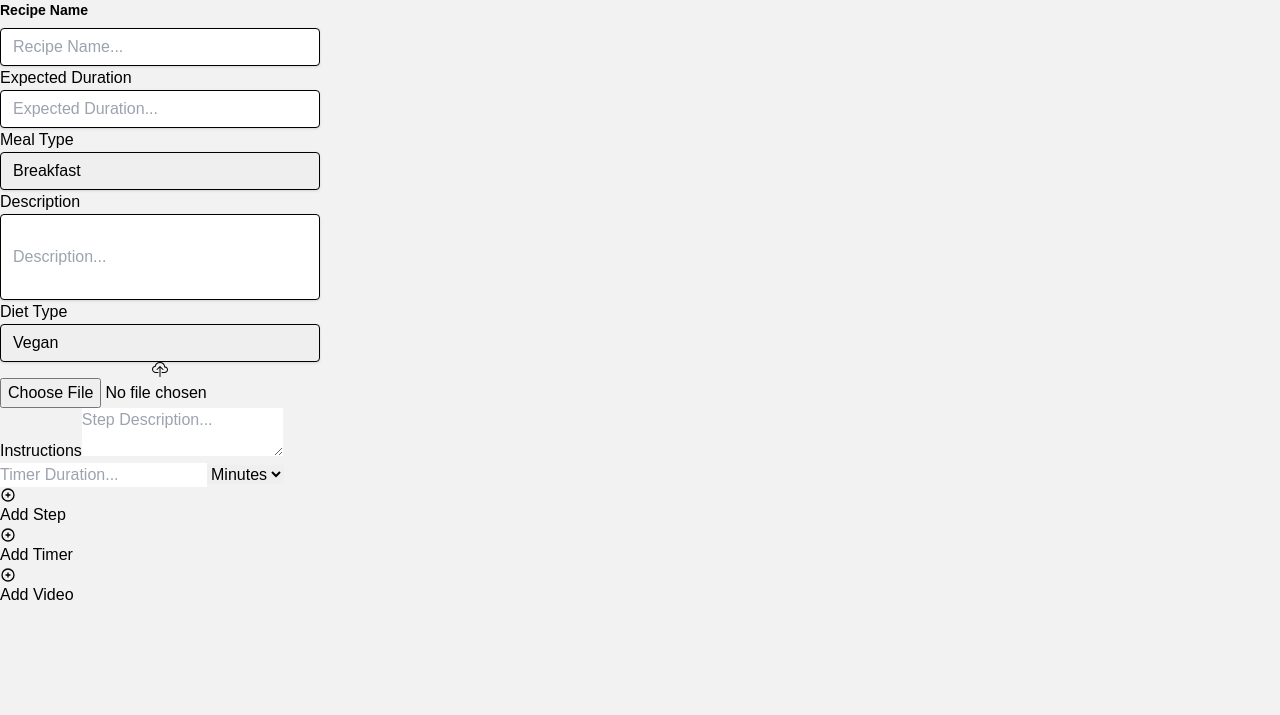
Repository: stvnsok/-capstone-project-3900-w18a-terraluna
Page: /new_recipe (app in frontend/)
These files come from the project's save history. The page is drawn as it stood at one moment and after the next save; the edit follows.
The browser window is 1280 px wide. The pictures show the whole page.
The project was rebuilt for these pictures with package versions that can differ from the ones it lists, and the page was loaded fresh each time. Also part of the build but not shown: frontend/src/services/auth.service.ts, frontend/src/api.ts, frontend/src/services/recipeContributor.service.ts, frontend/src/components/global/Modal.tsx, frontend/src/components/global/TextInput.tsx, frontend/src/components/Auth/helperFunctions.ts, frontend/src/components/Auth/ChangeEmailForm.tsx, frontend/src/components/Auth/ChangePasswordForm.tsx and 10 more.

Above is the page before, as saved 2022-07-19 21:43:14.

### frontend/src/App.tsx
import NavBar from './components/NavBar';
import './index.css';
import React from 'react';
import { ToastContainer } from 'react-toastify';
import 'react-toastify/dist/ReactToastify.min.css';
import { BrowserRouter, Route, Routes } from 'react-router-dom';
import MyRecipes from './components/MyRecipes/MyRecipes';
import CreateRecipeCard from './components/NewRecipe/CreateRecipeCard';

function App() {
  return (
    <BrowserRouter>
      <div className="bg-tl-inactive-white min-h-screen min-w-full">
        <div className='fixed w-full z-[1000]'>
          <ToastContainer
            position='top-center'
            autoClose={3000}
            hideProgressBar={true}
            newestOnTop={true}
            closeOnClick
            closeButton={<></>}
            rtl={false}
            pauseOnFocusLoss
            draggable
            pauseOnHover
          />
        </div>
        <Routes>
          <Route path="/" element={<NavBar/>} />
          <Route path="/my_recipes" element={<MyRecipes />} />
          <Route path ="/new_recipe" element={<CreateRecipeCard />} />
        </Routes>
      </div>
    </BrowserRouter>

  );
}

export default App;

### frontend/src/components/NewRecipe/CreateRecipeCard.tsx
import React, { useState, useEffect } from 'react';
import { BsCloudUpload } from 'react-icons/bs';
import { HiOutlinePlusCircle } from 'react-icons/hi';
import { useForm } from 'react-hook-form'
import Button from '../global/Button';

type recipeForm = {
    name:string
    cookTime:number
    description:string
    recipeInstructions:string[];
    mealType:string
    dietType:string
    timerDuration:number[];
    timerUnits:string;
    requiredIngredients:string[];
    recipePhoto_url: string;
    recipeVideo_url: string;
}


export default function CreateRecipe () {

    const { register, handleSubmit } = useForm<recipeForm>();
    const [image, setImage] = useState<File>();
    const [preview, setPreview] = useState<string>();
    // const inputFileRef = useRef<HTMLInputElement | null>(null);

    const onSubmit = async (data: recipeForm) => {
        console.log(data);
        //TODO: API REQUEST TO BACKEND
    }

    useEffect(() => {
        if (image) {
          const reader = new FileReader();
          reader.onloadend = () => {
            setPreview(reader.result as string);
          };
          reader.readAsDataURL(image);
        } else {
          setPreview('');
        }
      }, [image]);

    return <React.Fragment>
        <div className = 'w-full max-w-xs justify-content center'>

            <form>
                <div>
                    <label htmlFor='name' className = 'block text-gray-700 text-sm font-bold mb-2'> Recipe Name</label>
                    <input
                        {...register('name')}
                        placeholder = "Recipe Name..."
                        className = 'shadow appearance-none border rounded w-full py-2 px-3 text-gray-700 leading-tight focus:outline-none focus:shadow-lg border-opacity-0'
                    />
                </div>
                <div>
                    <label htmlFor = 'cookTime'> Expected Duration</label>
                    <input
                        {...register('cookTime')}
                        placeholder = "Expected Duration..."
                        className = 'shadow appearance-none border rounded w-full py-2 px-3 text-gray-700 leading-tight focus:outline-none focus:shadow-lg border-opacity-0'
                    />
                </div>
                <div>
                    <label htmlFor = 'mealType'> Meal Type</label>
                    <select
                        {...register('mealType')}
                        placeholder = 'Meal Type...'
                        className = 'shadow appearance-none border rounded w-full py-2 px-3 text-gray-700 leading-tight focus:outline-none focus:shadow-lg border-opacity-0'
                    >
                        <option value = 'breakfast'>Breakfast</option>
                        <option value = 'lunch'>Lunch</option>
                        <option value = 'dinner'>Dinner</option>
                        <option value = 'snack'>Snack</option>
                    </select>
                </div>
                <div>
                    <label htmlFor = 'description'> Description</label>
                    <input
                        {...register('description')}
                        placeholder = 'Description...'
                        className = 'shadow appearance-none border rounded w-full py-8 px-3 text-gray-700 leading-tight focus:outline-none focus:shadow-lg border-opacity-0'

                    />

                </div>
                <div>
                    <label htmlFor = 'dietType'> Diet Type</label>
                    <select
                        {...register('dietType')}
                        className = 'shadow appearance-none border rounded w-full py-2 px-3 text-gray-700 leading-tight focus:outline-none focus:shadow-lg border-opacity-0'
                    >
                        <option value = 'vegan'>Vegan</option>
                        <option value = 'vegetarian'>Vegetarian</option>
                        <option value = 'gluten-free'>Gluten-Free</option>
                        <option value = 'dairy-free'>Dairy-Free</option>
                        <option value = 'nut-free'>Nut-Free</option>
                        <option value = 'Halal'>Halal</option>

                    </select>
                </div>
                <div className = 'mborder border-dashed border-tl-active-green '>
                    {preview ? <img src = {preview} alt = 'recipe'/>
                    : (
                    <div className = 'flex justify-center items-center'>
                        <BsCloudUpload
                            className = 'icon-large'
                        />
                    </div>
                    )}
                    <input
                        type = 'file'
                        accept = "image/*"
                        {...register('recipePhoto_url')}
                        onChange = {(e) => {
                            e.preventDefault();
                            setImage(e.target.files?.[0]);
                        }}
                    />
                    {/* <Button
                            onClick = {() => {
                                inputFileRef.current.click();
                            }}
                        text={('Upload Photo')}
                    /> */}
                </div>
                <div>
                    <label htmlFor = 'Instruction'> Instructions</label>
                    <textarea
                        {...register('recipeInstructions')}
                        placeholder = 'Step Description...'

                    />

                    <input
                        {...register('timerDuration')}
                        placeholder = 'Timer Duration...'
                    />
                    <select
                        placeholder='Timer Units'
                        {...register('timerUnits')}
                    >
                        <option value = 'minutes'>Minutes</option>
                        <option value = 'hours'>Hours</option>
                    </select>
                    <HiOutlinePlusCircle
                        onClick = {() => {
                            console.log('Todo:add step');
                        }}
                    />
                    Add Step
                    <HiOutlinePlusCircle
                        onClick = {() => {
                            console.log('Todo:add timer');
                        }}
                    />
                    Add Timer
                    <HiOutlinePlusCircle
                        onClick = {() => {
                            console.log('Todo:add video');
                        }}
                    />
                    Add Video
                </div>

                <div>
                    <Button
                        onClick = {handleSubmit(onSubmit)}
                    />

                </div>


            </form>
        </div>
    </React.Fragment>
}

### frontend/src/components/global/Button.tsx
import React from "react";

interface ButtonProps {
    className?: string;
    onClick: () => void;
    text?: string | JSX.Element;
}

const Button =  ({
    className,
    onClick,
    text
}: ButtonProps) => {
    return (<button
        className={className + ' hover:opacity-75'}
        onClick={onClick}
    >
        {text ?? ''}
    </button>)
}

export default Button

### frontend/tailwind.config.js
/** @type {import('tailwindcss').Config} */
module.exports = {
  content: ["./src/**/*.{js,jsx,ts,tsx}",],
  theme: {
    colors: {
      tl: {
        'inactive-white': '#f2f2f2',
        'active-white': '#ffffff',
        'inactive-blue': '#4FFFC0',
        'active-blue': '#2461FF',
        'inactive-green': '#A8F59B',
        'active-green': '#4BB03A',
        'inactive-red': '#FF7E7E',
        'active-red': '#FF3030',
        'inactive-black': '#282828',
        'active-black': '#000000',
        'inactive-grey': '#8e8e8e',
        'active-grey': '#4d4d4d',
      }
    },
    fontFamily: {
      sans: ['Graphik', 'sans-serif'],
      serif: ['Merriweather', 'serif'],
    },
    extend: {
      spacing: {
        '8xl': '96rem',
        '9xl': '128rem',
      },
      borderRadius: {
        '4xl': '2rem',
      }
    }
  },
  plugins: [],
}

Loaded but not shown: frontend/public/index.html (common file); frontend/src/index.js (common file); frontend/src/index.css (common file); frontend/src/reportWebVitals.js (common file)

After the next save:
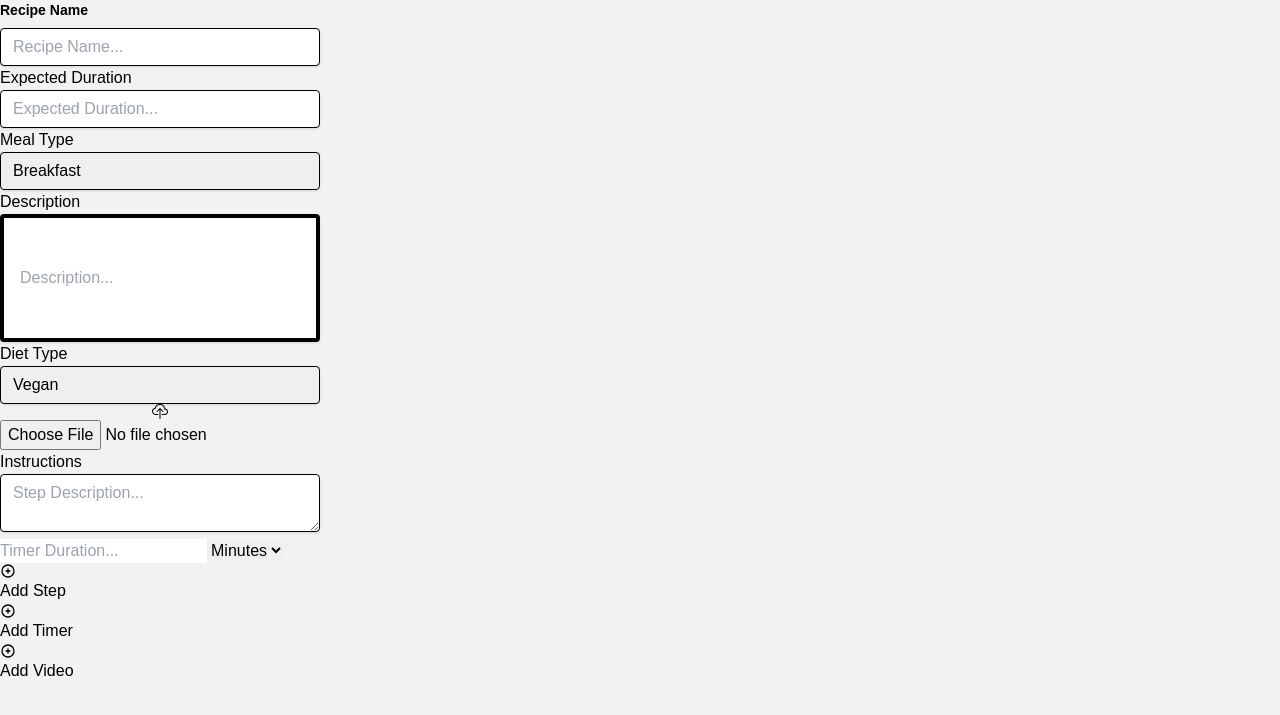
Saved 2 min 31 s later.
--- a/frontend/src/components/NewRecipe/CreateRecipeCard.tsx
+++ b/frontend/src/components/NewRecipe/CreateRecipeCard.tsx
@@ -81,7 +81,7 @@ export default function CreateRecipe () {
                     <input
                         {...register('description')}
                         placeholder = 'Description...'
-                        className = 'shadow appearance-none border rounded w-full py-8 px-3 text-gray-700 leading-tight focus:outline-none focus:shadow-lg border-opacity-0'
+                        className = 'shadow appearance-none border rounded w-full box-border h-32 w-32 p-4 border-4 text-gray-700 leading-tight focus:outline-none focus:shadow-lg border-opacity-0'
 
                     />
 
@@ -131,6 +131,7 @@ export default function CreateRecipe () {
                     <textarea
                         {...register('recipeInstructions')}
                         placeholder = 'Step Description...'
+                        className = 'shadow appearance-none border rounded w-full py-2 px-3 text-gray-700 leading-tight focus:outline-none focus:shadow-lg border-opacity-0'
 
                     />
 
